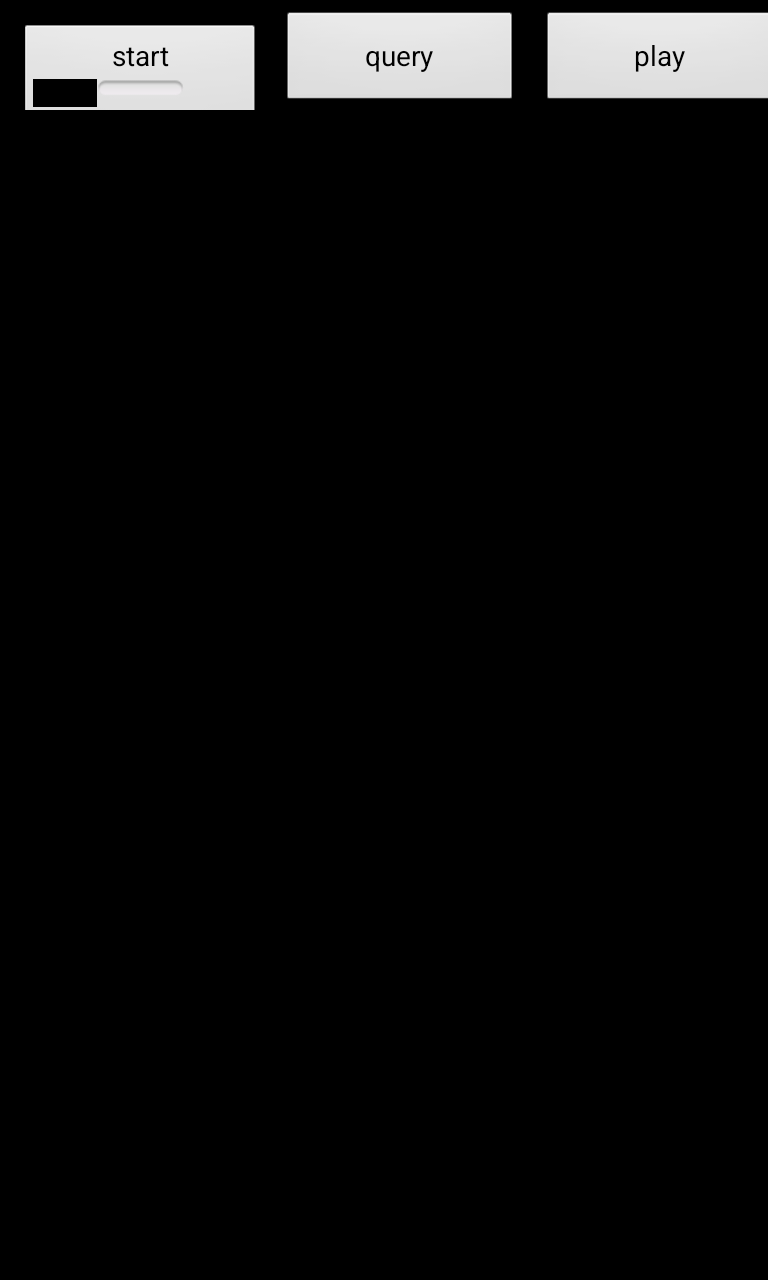
Repository: FreyrChen/tucan_Linux_practice
Layout: 4_Android_program/MusicIdentify/res/layout/activity_main.xml
The author's editor kept a copy of each file at every save. The layout is drawn from the files as they stood at one save, then again after the next save.
It is drawn on a 768 x 1280 px phone screen (xhdpi) without system bars, with theme AppTheme; the app's code is not run. Lists and similar views that code fills are empty.

Above is the layout before, as saved 2013-05-31 06:48:44.

After the next save:
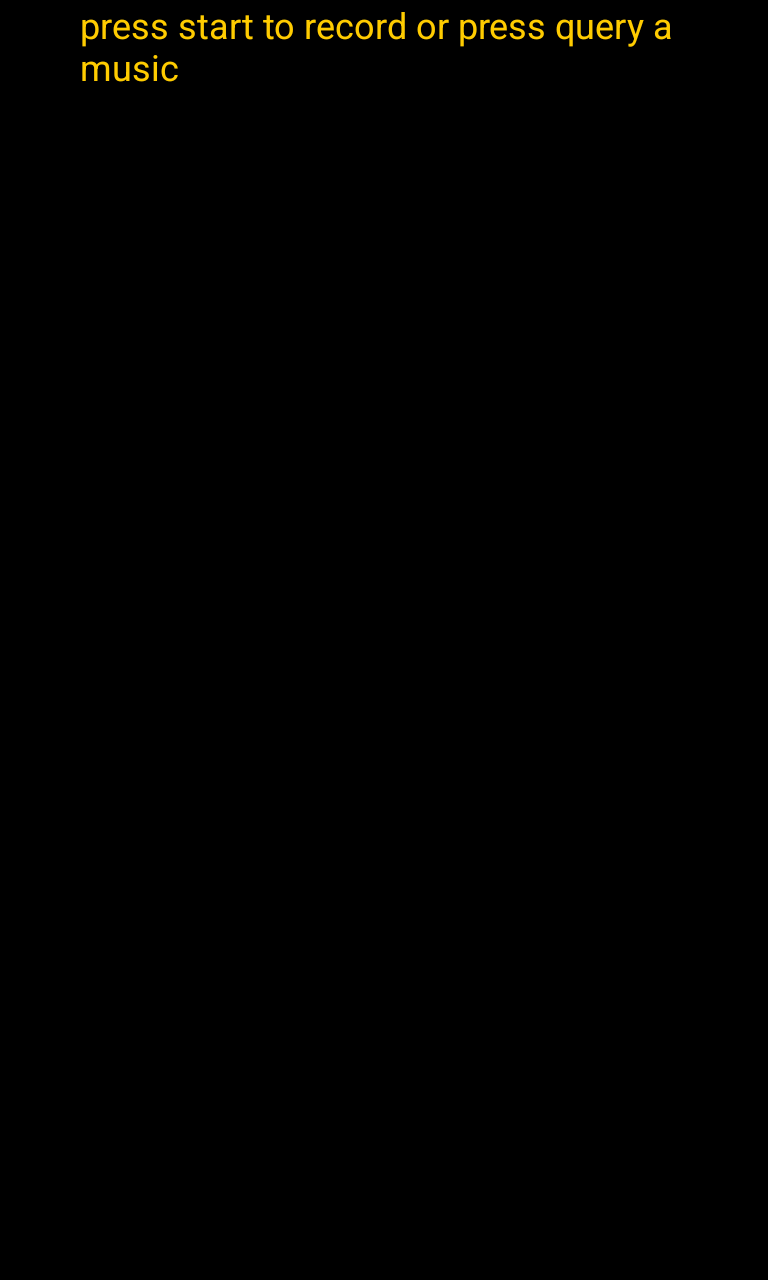
Saved 2 min 18 s later.
--- a/4_Android_program/MusicIdentify/res/layout/activity_main.xml
+++ b/4_Android_program/MusicIdentify/res/layout/activity_main.xml
@@ -13,16 +13,12 @@
 		android:id="@+id/start_button"
 		android:textOn="@string/stop"
 		android:textOff="@string/start"
-	 	android:layout_width="120dp"
-	 	android:layout_height="50dp"
 	    android:layout_marginTop="5dp"
 	    android:layout_marginLeft="10dp"
  	/>
 
     <Button
 	 	android:id="@+id/query_button"
-	 	android:layout_width="120dp"
-	 	android:layout_height="50dp"
 	 	android:text="@string/query"
 	    android:layout_marginTop="5dp"
 	    android:layout_marginLeft="10dp"
@@ -31,16 +27,12 @@
     <Button
 	 	android:id="@+id/play_button"
 		android:text="@string/play"
-	 	android:layout_width="120dp"
-	 	android:layout_height="50dp"
 	    android:layout_marginTop="5dp"
 	    android:layout_marginLeft="10dp"
  	/>
 
     <Button
 	 	android:id="@+id/delete_button"
-	 	android:layout_width="120dp"
-	 	android:layout_height="50dp"
 	 	android:text="@string/delete"
 	    android:layout_marginTop="5dp"
 	    android:layout_marginLeft="10dp"
